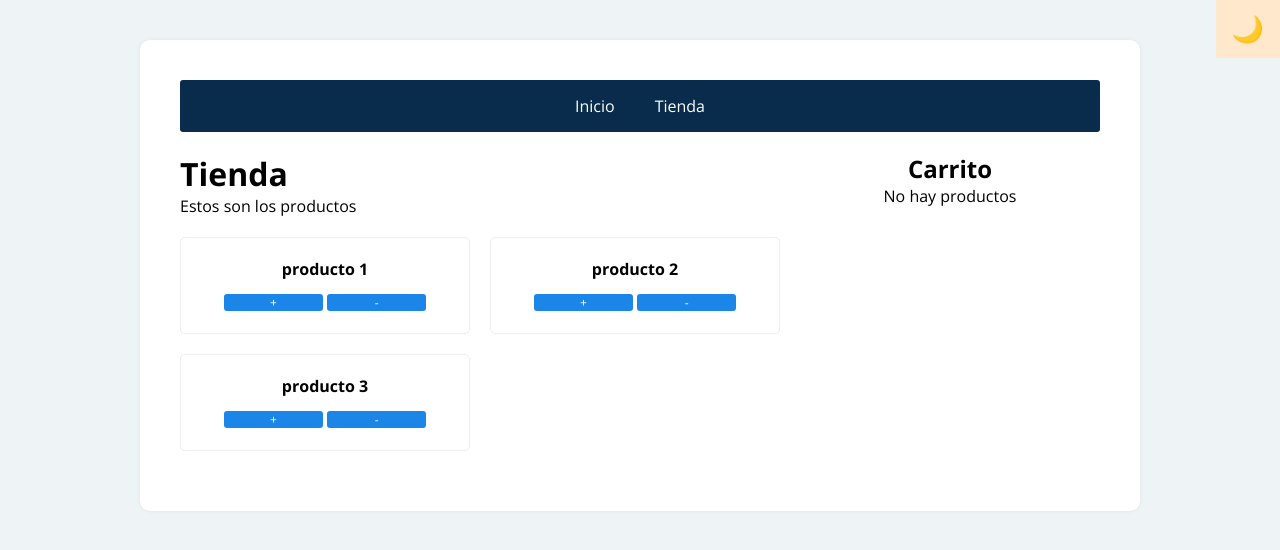
Repository: Githubmagali/react-diciembre2023
Page: /tienda (app in app_tienda/)
These files come from the project's save history. The page is drawn as it stood at one moment and after the next save; the edit follows.
The browser window is 1280 px wide. The pictures show the whole page.
The project was rebuilt for these pictures with package versions that can differ from the ones it lists, and the page was loaded fresh each time. Also part of the build but not shown: app_tienda/src/componentes/Inicio.js, app_tienda/src/componentes/Error404.js.

Above is the page before, as saved 2023-12-18 18:36:22.

### app_tienda/src/App.js
import React, { useState, useEffect } from "react";
import { NavLink, Routes, Route } from "react-router-dom";
import Inicio from "./componentes/Inicio";
import Tienda from "./componentes/Tienda";
import Error404 from "./componentes/Error404";
import Carrito from "./componentes/Carrito";
import { CartProvider } from "./CartContext"; // Import the CartProvider
import "./App.css";

const PRODUCTOS = [
  { id: 1, nombre: "producto 1" },
  { id: 2, nombre: "producto 2" },
  { id: 3, nombre: "producto 3" },
];

const App = () => {
  const [isFakeDark, setIsFakeDark] = useState(false);

  useEffect(() => {
    // Cambia la clase del elemento HTML cuando isFakeDark cambia
    document.documentElement.classList.toggle("fake-dark-mode", isFakeDark);
  }, [isFakeDark]);

  return (
    <CartProvider>
      <div className="contenedor">
        <nav className="menu">
          <button
            onClick={() => setIsFakeDark((isFakeDark) => !isFakeDark)}
            className="btn-fake-dark-mode"
          >
            {isFakeDark ? "☀️" : "🌙"}
          </button>
          <NavLink to="/" className="a">
            Inicio
          </NavLink>
          <NavLink to="/tienda" className="a">
            Tienda
          </NavLink>
        </nav>
        <main>
          <Routes>
            <Route path="*" element={<Error404 />} />
            <Route path="/" element={<Inicio />} />
            <Route path="/tienda" element={<Tienda productos={PRODUCTOS} />} />
          </Routes>
        </main>
        <aside>
          <Carrito />
        </aside>
      </div>
    </CartProvider>
  );
};

export default App;

### app_tienda/src/componentes/Tienda.js
import React from "react";
import Productos from "./../componentes/Productos";

const Tienda = ({ productos }) => {
  return (
    <div>
      <h1>Tienda</h1>
      <Productos productos={productos} />
    </div>
  );
};

export default Tienda;

### app_tienda/src/componentes/Carrito.js
import React from "react";
import "./../App.css";
import { useCart } from "../CartContext"; // Import useCart

const Carrito = () => {
  const { cart } = useCart(); // Use Cart Context
  return (
    <div>
      <h1 className="texto-centro">Carrito</h1>
      {cart.length > 0 ? (
        cart.map((producto, index) => {
          return (
            <div className="carrito-producto" key={index}>
              <p className="carrito-p">{producto.nombre}</p>
              Cantidad {producto.quantity}
            </div>
          )
        })
      ) : (
        <p className="texto-centro">No hay productos</p>
      )}
    </div>
  );
};

export default Carrito;

### app_tienda/src/CartContext.js
import React, { createContext, useState, useContext } from 'react';

// Create the context
const CartContext = createContext();

// Define a provider for the context
export const CartProvider = ({ children }) => {
  const [cart, setCart] = useState([]);

  const addToCart = (item) => {
    setCart((prevCart) => {
      const itemExists = prevCart.find(cartItem => cartItem.id === item.id);
      if (itemExists) {
        // Increase the quantity if the item already exists
        return prevCart.map(cartItem =>
          cartItem.id === item.id
            ? { ...cartItem, quantity: cartItem.quantity + 1 }
            : cartItem
        );
      } else {
        // Add the new item with a quantity of 1
        return [...prevCart, { ...item, quantity: 1 }];
      }
    });
  };

  const removeFromCart = (itemId) => {
    setCart((prevCart) => {
      const itemExists = prevCart.find(cartItem => cartItem.id === itemId);
      if (itemExists && itemExists.quantity > 1) {
        // Decrease the quantity if more than 1
        return prevCart.map(cartItem =>
          cartItem.id === itemId
            ? { ...cartItem, quantity: cartItem.quantity - 1 }
            : cartItem
        );
      } else {
        // Remove the item if quantity is 1
        return prevCart.filter(cartItem => cartItem.id !== itemId);
      }
    });
  };

  // Provide the cart and functions to manipulate it
  return (
    <CartContext.Provider value={{ cart, addToCart, removeFromCart }}>
      {children}
    </CartContext.Provider>
  );
};

// Custom hook to use the cart context
export const useCart = () => {
  return useContext(CartContext);
};

### app_tienda/src/App.css
.App {
  text-align: center;
}

.App-logo {
  height: 40vmin;
  pointer-events: none;
}

@media (prefers-reduced-motion: no-preference) {
  .App-logo {
    animation: App-logo-spin infinite 20s linear;
  }
}

.App-header {
  background-color: #282c34;
  min-height: 100vh;
  display: flex;
  flex-direction: column;
  align-items: center;
  justify-content: center;
  font-size: calc(10px + 2vmin);
  color: white;
}

.App-link {
  color: #61dafb;
}

@keyframes App-logo-spin {
  from {
    transform: rotate(0deg);
  }
  to {
    transform: rotate(360deg);
  }
}


.contenedor-productos{
  display: grid;
  grid-template-columns: repeat(2, 1fr);
  gap: 20px;
  padding: 20px 0;
}

.contenedor-producto{
  padding: 20px;
  border: 1px solid #ebeef3;
  border-radius: 5px;
  text-align: center;


}
.p {
  margin-bottom: 10px;
  font-weight: bold;
}
.boton{
  border: none;
  background: #1c85e8;
  color: #fff;
  font-size: 12px;
  font-family: 'Open Sans', sans-serif;
  text-align: center;
  display: inline-block;
  cursor: pointer;
  width: 40%;
  margin: 2px;
  border-radius: 3px;
  transition: .3s ease all;

}


/* Carrito*/


.carrito-producto{
  padding: 10px;
border-bottom: 1px solid #ebebf3;
font-size: 14px;
}

.carrito-p{
  font-weight: bold;
  font-size: 16px;
  color: #000;
}

.texto-centro{
  text-align: center;
}

/*Fake */

.btn-fake-dark-mode {
  position: fixed;
  top: 0;
  right: 0;
  padding: 16px;
  line-height: 1;
  font-size: 26px;
  background-color: #ffe8cc;
  border: none;
}

.fake-dark-mode {
  filter: invert(100%);
  transition: all 0.5s;
}

### app_tienda/src/componentes/Productos.js
import React from "react";
import "./../App.css";
import { useCart } from "../CartContext";

const Productos = ({ productos }) => {
  const { addToCart, removeFromCart } = useCart();

  return (
    <div>
      <p> Estos son los productos</p>
      <div className="contenedor-productos">
        {productos.map((producto, index) => {
          return (
            <div className="contenedor-producto" key={index}>
              <p className="p">{producto.nombre}</p>
              <button
                className="boton"
                onClick={(e) => {
                  addToCart(producto);
                }}
              >
                +
              </button>
              <button
                className="boton"
                onClick={(e) => {
                  removeFromCart(producto.id);
                }}
              >
                -
              </button>
            </div>
          );
        })}
      </div>
    </div>
  );
};

export default Productos;

Loaded but not shown: app_tienda/public/index.html (common file); app_tienda/src/index.js (common file); app_tienda/src/index.css (common file)

After the next save:
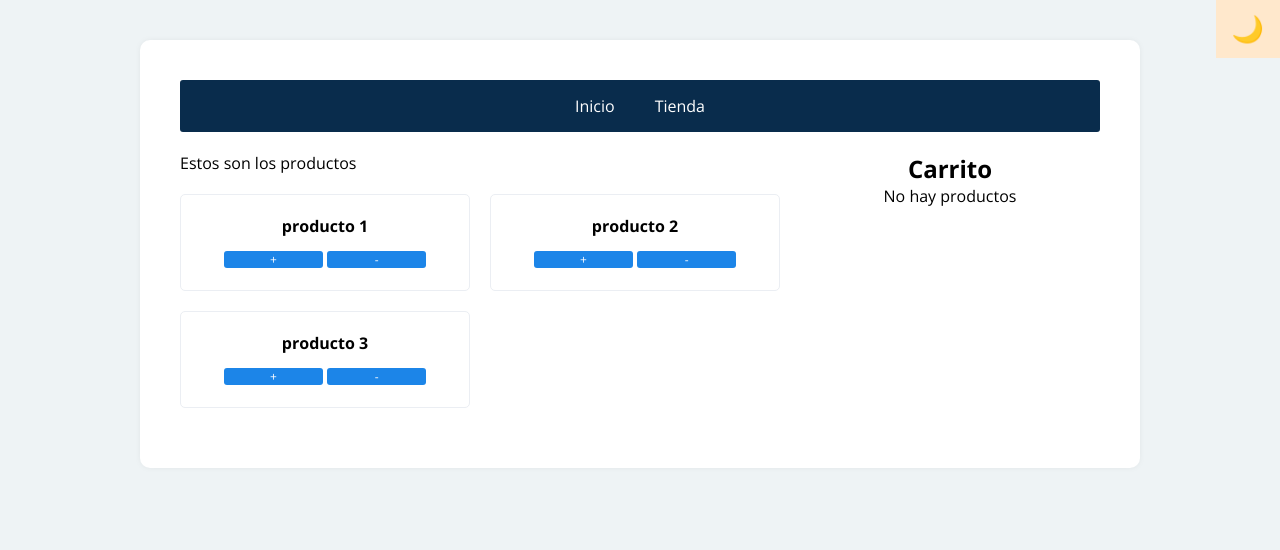
Saved 47 s later.
--- a/app_tienda/src/componentes/Tienda.js
+++ b/app_tienda/src/componentes/Tienda.js
@@ -4,7 +4,7 @@ import Productos from "./../componentes/Productos";
 const Tienda = ({ productos }) => {
   return (
     <div>
-      <h1>Tienda</h1>
+
       <Productos productos={productos} />
     </div>
   );
